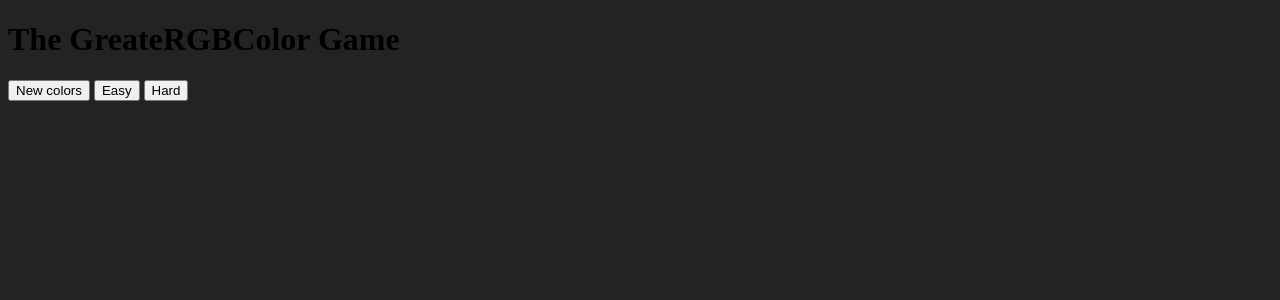
Repository: EEOOOO/javascript-projects
Page: Sol_rgbColorGameApp/index.html
An editor plug-in stored every save of this project. The page is shown before and after the next save, followed by the edit.
The browser window is 1280 px wide. The pictures show the whole page.

Above is the page before, as saved 2022-07-19 17:34:25.

After the next save:
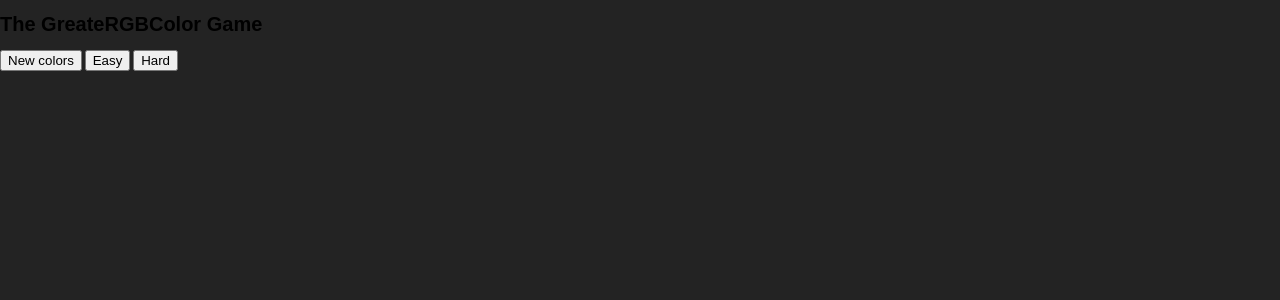
Saved 52 s later.
--- a/Sol_rgbColorGameApp/style.css
+++ b/Sol_rgbColorGameApp/style.css
@@ -1,3 +1,6 @@
 body {
   background-color: #232323;
+  font-family: "Rale-way", sans-serif;
+  font-size: 62.5%; /* 1em = 10px */
+  margin: 0;
 }
